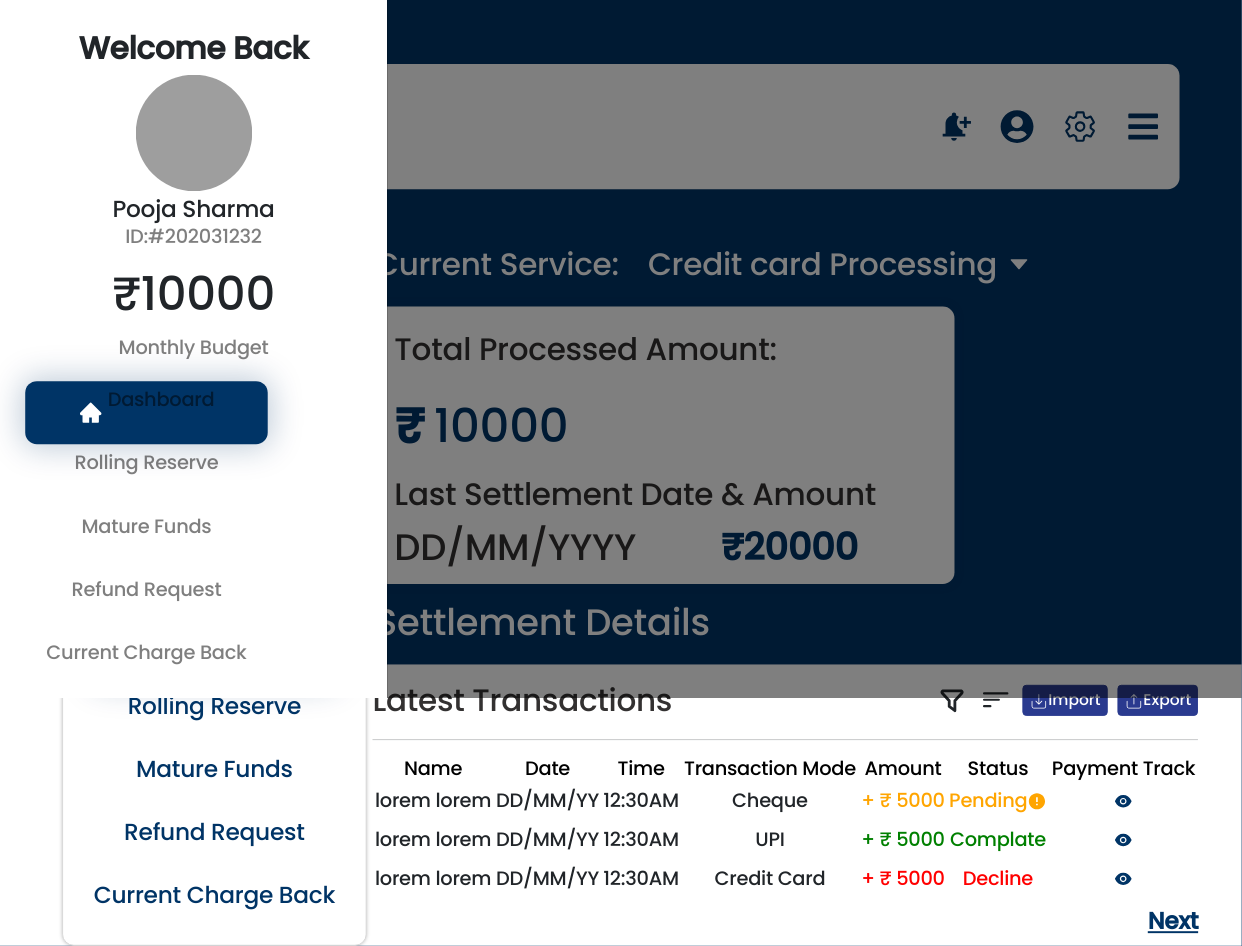
Repository: FlyweisReact/Prashant
Page: /dashboard, after clicking the first element matching `svg.bars`
An editor plug-in stored every save of this project. The page is shown before and after the next save, followed by the edit.
The browser window is 1280 px wide. The pictures show the whole page, at 97% of full size.
Pictures or frames that could not be fetched are drawn as grey boxes. Some web libraries are served in a nearby version. The project was rebuilt for these pictures with package versions that can differ from the ones it lists, and the page was loaded fresh each time. Also part of the build but not shown: src/Pages/CryptoPayment.jsx, src/Pages/CurrentCharge.jsx, src/Styles/Login.module.css, src/Components/Login/LoginFirstSection.jsx, src/Components/Login/LoginMainSection.jsx, src/Pages/Login.jsx, src/Pages/MatureFund.jsx, src/Pages/OpenBanking.jsx and 12 more.

Above is the page before, as saved 2023-03-23 18:05:14.

### public/index.html
<!DOCTYPE html>
<html lang="en">
  <head>
    <meta charset="utf-8" />
    <link rel="icon" href="%PUBLIC_URL%/favicon.ico" />
    <meta name="viewport" content="width=device-width, initial-scale=1" />
    <meta name="theme-color" content="#000000" />
    <meta
      name="description"
      content="Web site created using create-react-app"
    />
    <link rel="apple-touch-icon" href="%PUBLIC_URL%/logo192.png" />
    <link rel="manifest" href="%PUBLIC_URL%/manifest.json" />
    <title>React App</title>
  </head>
  <body>
    <noscript>You need to enable JavaScript to run this app.</noscript>
    <div id="root"></div>
  </body>
  <style>
    @import url("https://fonts.googleapis.com/css2?family=Lilita+One&family=PT+Sans&family=Poppins:wght@500&display=swap");
  </style>
  <script src="https://kit.fontawesome.com/b533b351e4.js" crossorigin="anonymous"></script>
</html>

### src/App.css
/** @format */

.App {
  text-align: center;
}

.App-logo {
  height: 40vmin;
  pointer-events: none;
}
.font-poppins {
  font-family: "Poppins";
}

@media (prefers-reduced-motion: no-preference) {
  .App-logo {
    animation: App-logo-spin infinite 20s linear;
  }
}

.App-header {
  background-color: #282c34;
  min-height: 100vh;
  display: flex;
  flex-direction: column;
  align-items: center;
  justify-content: center;
  font-size: calc(10px + 2vmin);
  color: white;
}

.App-link {
  color: #61dafb;
}

@keyframes App-logo-spin {
  from {
    transform: rotate(0deg);
  }
  to {
    transform: rotate(360deg);
  }
}


/* Normal Css */
.NotificationModal .NotificationModalFirst{
    margin-top: 5px;
    display: flex;
    align-items: center;
    justify-content: space-between;
}
 .NotificationModal .NotificationModalFirst h1{
font-family: 'Poppins';
font-style: normal;
font-weight: 500;
font-size: 24px;
line-height: 18px;
letter-spacing: -0.28px;
color: #000000;
}

.NotificationModal .close {
  position: relative;
  width: 100%;
  height: 40px;
}
.NotificationModal .fa-x{
  position: absolute;
  right: 0px;
  font-size: 22px;
  cursor: pointer;
}
.NotificationModal p{
  font-family: 'Poppins';
  font-style: normal;
  font-weight: 500;
  font-size: 20px;
  line-height: 18px;
  letter-spacing: -0.28px;
  color: #000000;
}

.NotificationModal .NotificationDiv div h1{
  font-family: 'Poppins';
font-style: normal;
font-weight: 400;
font-size: 16px;
line-height: 18px;
letter-spacing: -0.28px;
width: 70%;
}
.NotificationModal .NotificationDiv div p{
  font-family: 'Poppins';
font-style: normal;
font-weight: 300;
font-size: 10px;
line-height: 18px;
letter-spacing: -0.28px;

color: rgba(0, 0, 0, 0.5);
}
.NotificationModal .NotificationDiv div div{
  display: flex;
  justify-content: space-between;
  align-items: center;
}
.NotificationModal .NotificationDiv div div p{
  font-family: 'Poppins';
font-style: normal;
font-weight: 400;
font-size: 12px;
line-height: 18px;
letter-spacing: -0.28px;
margin: 0;
color: rgba(0, 0, 0, 0.5);
}
.NotificationModal .Time{
  font-family: 'Poppins';
  font-style: normal;
  font-weight: 400;
  font-size: 12px;
  line-height: 18px;
  letter-spacing: -0.28px;
  color:  #003466;
}

.NotificationModal .NotificationDiv{
  display: flex;
align-items: center;
gap: 20px;
}
.NotificationModal .NotificationDiv div img{
  width: 60px;
height: 60px;
border-radius: 50%;
}

.modal.fade .modal-dialog .modal-content{
  border-radius: 0px;
}

/* .bars{
  display: none;
} */




.offSideBarMain {
padding: 10px;
text-align: center;
}
.offSideBarMain  h1{
  text-align: center;
  font-family: 'Poppins';
font-style: normal;
font-weight: 700;
font-size: 32px;
margin-top: 5px;
letter-spacing: -0.28px;
}
.offSideBarMain  div{
  width: 100%;
}
.offSideBarMain  div div{
  text-align: center;
}
.offSideBarMain .upper img{
  width: 120px;
height: 120px;
  border-radius: 50%;
}
.offSideBarMain  div div h1{
  font-family: 'Poppins';
font-style: normal;
font-weight: 500;
font-size: 24px;
letter-spacing: -0.28px;
}
.offSideBarMain  div div p{
  font-family: 'Poppins';
font-style: normal;
margin-top: -10px;
font-weight: 300;
font-size: 20px;
line-height: 30px;
letter-spacing: -0.28px;
color: rgba(0, 0, 0, 0.5);
}
.offSideBarMain .TotalBudgetDiv{
  display: flex;
  align-items: center;
  gap: 20px;
  margin: 15px;
}


.offSideBarMain .LinkBox{
  /* display: flex; */
  /* flex-direction: column; */
  text-align: center;
  margin-top: 20px;
}
.offSideBarMain .LinkBox a{
  text-decoration: none;
}
.offSideBarMain .active{
  width: 250px;
  height: 65px;
  padding-left: 10px;
  padding-right: 10px;
  background: #003466;
  box-shadow: 0px 0px 32px 4px rgba(0, 52, 102, 0.25);
  border-radius: 12px;
  display: flex;
  color: white;
  justify-content: center;
  align-items: center;
  gap: 5px;

}
.offSideBarMain .ruppes{
  text-align: center;
  font-size: 48px;
  margin-bottom: 20px;
}
.offSideBarMain .unactive{
  width: 250px;
  height: 65px;
  display: flex;

  color:#003466;
  justify-content: center;
  align-items: center;
  gap: 5px;
}
.offSideBarMain .unactive,.active p{
  font-family: 'Poppins';
font-style: normal;
font-weight: 500;
font-size: 24px;
line-height: 36px;
letter-spacing: -0.28px;
}











/* Media Query */
@media (max-width: 780px) {
  .Login_MainDiv__AWrd2 {
    display: block !important;
  }
  .Login_MainDiv__AWrd2 > div {
    width: 100% !important;
    height: 700px !important;
  }
  .Login_LoginMainSection__Yyq5T > div {
    width: 100% !important;
    border-radius: 0px !important;
    box-shadow: none !important;
  }

  .Register_RegisterMainDiv__Hok-C {
    display: block !important;
    width: 100% !important;
  }

  .Register_RegisterFirstSection__0bCb6 > p {
    text-align: center;
    display: block;
    width: 500px;
  }

  .myHr {
    max-width: 400px !important;
    margin: auto !important;
    display: block !important;
  }
  .smallImage {
    width: 100% !important;
  }
  .Register_RegisterMainDiv__Hok-C > div:first-child {
    width: 100% !important;
  }
  .Register_RegisterMainDiv__Hok-C > div:last-child {
    width: 100% !important;
  }
  .Register_InputBoxMain__6Dvtf {
    margin-left: 60px;
  }

  .Register_RegisterTitle__dGsqQ {
    justify-content: center;
  }

  .RegisterTwo_RegisterMainDiv__Oc9\+U {
    display: block !important;
  }
  .RegisterTwo_RegisterMainDiv__Oc9\+U > div:first-child {
    width: 100% !important;
  }

  .RegisterTwo_RegisterMainDiv__Oc9\+U > div:last-child {
    width: 100% !important;
  }

    .bars{
      display: block;
    }
}

### src/Routes/AllRoutes.jsx
import React from "react";
import { Route, Routes } from "react-router-dom";
import { CryptoPayment } from "../Pages/CryptoPayment";
import { CurrentCharge } from "../Pages/CurrentCharge";
import { Dashboard } from "../Pages/Dashboard";
import { Login } from "../Pages/Login";
import { MatureFund } from "../Pages/MatureFund";
import { OpenBanking } from "../Pages/OpenBanking";
import { OtpPage } from "../Pages/OtpPage";
import { Profile } from "../Pages/Profile";
import { RefundRequest } from "../Pages/RefundRequest";
import { Register } from "../Pages/Register";
import { RegisterTwo } from "../Pages/RegisterTwo";
import { RollingReserve } from "../Pages/RollingReserve";

export const AllRoutes = () => {
  return (
    <Routes>
      <Route path="/" element={<Login />} />
      <Route path="/verify-otp" element={<OtpPage />} />
      <Route path="/dashboard" element={<Dashboard />} />
      <Route path="/register" element={<Register />} />
      <Route path="/detail-register" element={<RegisterTwo />} />
      <Route path="/profile" element={<Profile />} />
      <Route path="/rolling-reserve" element={<RollingReserve />} />
      <Route path="/mature-fund" element={<MatureFund />} />
      <Route path="/refund-request" element={<RefundRequest />} />
      <Route path="/current-charge" element={<CurrentCharge />} />
      <Route path="open-banking-service" element={<OpenBanking />} />
      <Route path="/crypto-payment-proccessing" element={<CryptoPayment />} />
    </Routes>
  );
};

### src/Components/SideBar.jsx
import React from "react";
import { AiFillHome } from "react-icons/ai";
import { Link, useLocation } from "react-router-dom";
import styles from "../Styles/SideBar.module.css";
export const SideBar = () => {
  const { pathname } = useLocation();
  return (
    <div className={styles.SideBarMain}>
      <h1>Welcome Back</h1>
      <div>
        <div>
          <img
            src="https://th.bing.com/th/id/OIP.2i5UaEHaQM3PYAYXQyM1AAAAAA?pid=ImgDet&rs=1"
            alt="img"
          />
          <h1>Pooja Sharma</h1>
          <p>ID:#202031232</p>
          <div className={styles.TotalBudgetDiv}>
            <h1>&#x20b9;</h1>
            <h1>10000</h1>
          </div>
          <p>Monthly Budget</p>
        </div>
      </div>
      <div className={styles.LinkBox}>
        <Link to={"/dashboard"}>
          <div
            className={
              pathname === "/dashboard" ? styles.active : styles.unactive
            }
          >
            <AiFillHome size={25} />
            <p>Dashboard</p>
          </div>
        </Link>
        <Link to={"/rolling-reserve"}>
          <div
            className={
              pathname === "/rolling-reserve" ? styles.active : styles.unactive
            }
          >
            <p>Rolling Reserve</p>
          </div>
        </Link>
        <Link to={"/mature-fund"}>
          <div
            className={
              pathname === "/mature-fund" ? styles.active : styles.unactive
            }
          >
            <p>Mature Funds</p>
          </div>
        </Link>
        <Link to={"/refund-request"}>
          <div
            className={
              pathname === "/refund-request" ? styles.active : styles.unactive
            }
          >
            <p>Refund Request</p>
          </div>
        </Link>
        <Link to={"/current-charge"}>
          <div
            className={
              pathname === "/current-charge" ? styles.active : styles.unactive
            }
          >
            <p>Current Charge Back</p>
          </div>
        </Link>
      </div>
    </div>
  );
};

### src/Components/TotalAmountSection.jsx
import React from "react";
import styles from "../Styles/TotalAmountSection.module.css";
export const TotalAmountSection = () => {
  return (
    <div className={styles.MainDiv}>
      <h1>Total Processed Amount:</h1>
      <div className={styles.TotalBudgetDiv}>
        <h1>&#x20b9;</h1>
        <h1>10000</h1>
      </div>
      <h1>Last Settlement Date & Amount</h1>
      <div className={styles.DateSection}>
        <div>
          <p>DD/MM/YYYY</p>
          <h2>&#x20b9;{20000}</h2>
        </div>
      </div>
    </div>
  );
};

### src/Components/CardProccessingModal.jsx
import React from "react";
import { MdOutlineClose } from "react-icons/md";
import { Link } from "react-router-dom";
import styles from "../Styles/CardProccessingModal.module.css";
export const CardProccessingModal = ({ OpenModal, HandleModal }) => {
  console.log(OpenModal);
  return (
    <div className={OpenModal ? styles.modalVisible : styles.modal}>
      <div className={styles.ModalMainDiv}>
        <MdOutlineClose
          onClick={() => HandleModal()}
          size={25}
          className={styles.CloseICon}
        />
        <div>
          <Link to={""}>Credit Card Processing</Link>
          <hr />
          <Link to={"/open-banking-service"}>Open Banking Service</Link>
          <hr />
          <Link to={"/crypto-payment-proccessing"}>
            Crypto payment processing
          </Link>
        </div>
      </div>
    </div>
  );
};

### src/Components/DeclineModal.jsx
import React from "react";
import { MdOutlineClose } from "react-icons/md";
import styles from "../Styles/DeclineModal.module.css";
import { IoMdCheckmarkCircle } from "react-icons/io";
import { RiErrorWarningFill } from "react-icons/ri";
import { BsCircleFill } from "react-icons/bs";
export const DeclineModal = ({ OpenModal, HandleModal }) => {
  return (
    <div className={OpenModal ? styles.modalVisible : styles.modal}>
      <div className={styles.ModalMainDiv}>
        <MdOutlineClose
          onClick={() => HandleModal()}
          size={25}
          className={styles.CloseICon}
        />
        <div>
          <h1>Payment Details</h1>
          <hr style={{ height: "4px", background: "white" }} />
          <div className={styles.paymentDetailMainDiv}>
            <div className={styles.PaymentDetails}>
              <div>
                <p>Transaction ID:</p>
                <p>545454545</p>
              </div>
              <div>
                <p>To:</p>
                <p>Loren loren Epsom ( Company Name)</p>
              </div>
              <div>
                <p>From:</p>
                <p>Loren loren Epsom (Merchant Company)</p>
              </div>
              <div>
                <p>Transaction Mode:</p>
                <p>Card</p>
              </div>
            </div>
            <div className={styles.paymentTimeline}>
              <p>Payment Timeline</p>
              <div>
                <div className={styles.VerticalLine}></div>
                <div className={styles.PaymentStatus}>
                  <IoMdCheckmarkCircle
                    size={25}
                    className={styles.Icons}
                    color="green"
                  />
                  <p>Payment Started</p>
                </div>
                <div className={styles.PaymentStatus}>
                  <RiErrorWarningFill
                    size={25}
                    className={styles.Icons}
                    color="red"
                  />
                  <p>Payment Failed To complete</p>
                </div>
                <div className={styles.PaymentStatus}>
                  <BsCircleFill
                    size={25}
                    className={styles.Icons}
                    color="white"
                  />
                  <p>Payment Successful</p>
                </div>
              </div>
              <hr />
              <div className={styles.ReasonsDiv}>
                <p>Reason:</p>
                <p> Account Coded (Credit Rating) </p>
              </div>
              <div className={styles.ReasonsDiv}>
                <p>Code:</p>
                <p> 505 </p>
              </div>
              <div className={styles.ReasonsDiv}>
                <p>Description:</p>
                <p>
                  {" "}
                  The account the customer used for the attempted transaction
                  has a negative credit rating.{" "}
                </p>
              </div>
            </div>
          </div>
        </div>
      </div>
    </div>
  );
};

### src/Styles/SideBar.module.css
.SideBarMain{
    position: absolute;
    width: 314px;
/* height: 789px; */
left: 25%px;
top: 35%;
background: #FFFFFF;
border: 1px solid #D9D9D9;
box-shadow: 0px 0px 4px rgba(0, 0, 0, 0.25);
border-radius: 12px;
padding: 10px;
}
.SideBarMain>h1{
    text-align: center;
    font-family: 'Poppins';
font-style: normal;
font-weight: 700;
font-size: 32px;
margin-top: 5px;
letter-spacing: -0.28px;
}
.SideBarMain>div{
    width: 100%;
    display: flex;
    align-items: center;
    justify-content: center;
}
.SideBarMain>div>div{
    text-align: center;
}
.SideBarMain>div>div>img{
    width: 120px;
height: 121px;
    border-radius: 50%;
}
.SideBarMain>div>div>h1{
    font-family: 'Poppins';
font-style: normal;
font-weight: 500;
font-size: 24px;
letter-spacing: -0.28px;
}
.SideBarMain>div>div>p{
    font-family: 'Poppins';
font-style: normal;
margin-top: -10px;
font-weight: 300;
font-size: 20px;
line-height: 30px;
letter-spacing: -0.28px;
color: rgba(0, 0, 0, 0.5);
}
.TotalBudgetDiv{
    display: flex;
    align-items: center;
    gap: 20px;
    margin: 15px;
}
.TotalBudgetDiv>h1:first-child{
    font-family: 'Poppins';
font-style: normal;
font-weight: 700;
font-size: 48px;
line-height: 72px;
letter-spacing: -0.28px;
}
.TotalBudgetDiv>h1{
    font-family: 'Poppins';
    font-style: normal;
    font-weight: 500;
    font-size: 48px;
    line-height: 72px;
    margin: 0;
    letter-spacing: -0.28px;
}
.LinkBox{
    display: flex;
    flex-direction: column;
    margin-top: 20px;
}
.LinkBox>a{
    text-decoration: none;
}
.active{
    width: 250px;
    height: 65px;
    padding-left: 10px;
    padding-right: 10px;
    background: #003466;
    box-shadow: 0px 0px 32px 4px rgba(0, 52, 102, 0.25);
    border-radius: 12px;
    display: flex;
    color: white;
    justify-content: center;
    align-items: center;
    gap: 5px;

}
.unactive{
    width: 250px;
    height: 65px;
    display: flex;

    color:#003466;
    justify-content: center;
    align-items: center;
    gap: 5px;
}
.unactive,.active >p{
    font-family: 'Poppins';
font-style: normal;
font-weight: 500;
font-size: 24px;
line-height: 36px;
letter-spacing: -0.28px;
}

### src/Styles/TotalAmountSection.module.css
.MainDiv{
    display:flex;
    flex-direction: column;
    margin-top: 20px;
    width: 72%;
height: 286px;
background: #FFFFFF;
box-shadow: 0px 0px 10px rgba(0, 52, 102, 0.3);
border-radius: 12px;
}
.MainDiv>h1{
    font-family: 'Poppins';
    font-style: normal;
    font-weight: 500;
    font-size: 32px;
    line-height: 48px;
    letter-spacing: -0.28px;
    color: #333131;
    margin: 20px;
}
.TotalBudgetDiv{
    display: flex;
    align-items: center;
    gap: 30px;
    margin-left: 20px;
  margin-top: -30px;
  margin-bottom: -40px;
}
.TotalBudgetDiv>h1:first-child{
    font-family: 'Poppins';
font-style: normal;
font-weight: 700;
margin: 0;
font-size: 50px;
line-height: 72px;
letter-spacing: -0.28px;
color: #003466;
}
.TotalBudgetDiv>h1{
    font-family: 'Poppins';
    font-style: normal;
    font-weight: 500;
    font-size: 48px;
    line-height: 72px;
    margin: 0;
    letter-spacing: -0.28px;
    color: #003466;
}
.DateSection>div{
    width: 80%;
    margin-top: -50px;
    /* background-color: rebeccapurple; */
    display: flex;
    justify-content: space-between;
    align-items: center;
    margin-left: 20px;
}
.DateSection>div>p{
   font-family: 'Poppins';
font-style: normal;
font-weight: 500;
font-size: 38px;
line-height: 60px;
/* identical to box height */
margin: 0;
letter-spacing: -0.28px;
color: #333131;
}
.DateSection>div>h2{
    margin: 0;
    font-family: 'Poppins';
font-style: normal;
font-weight: 600;
font-size: 38px;
line-height: 60px;
letter-spacing: -0.28px;
color: #003466;
}

### src/Styles/CardProccessingModal.module.css
.modal{
    display: none;
  position: fixed;
  z-index: 1;
  left: 0%;
  top: 0;
  width: 100%;
  height: 100%;
  overflow: auto;
  background-color: rgb(0,0,0);
  background-color: rgba(0,0,0,0.4);
}
.modalVisible{
    display :block;
    position: fixed;
    z-index: 1;
    left: 0%;
    top: 0;
    width: 100%;
    height: 100%;
    /* margin-bottom: 20px; */
    overflow: auto;
    background-color: rgb(0,0,0);
    background-color: rgba(0,0,0,0.4);
}
.CloseICon{
    position: absolute;
    right: 3%;
    top: 5%;
    cursor: pointer;
}
.MainTitle{
    display: flex;
    border: 1px solid blue;
}
.ModalMainDiv{
    position:absolute;
    margin: auto;
    /* width: 435px; */
height: 221px;
background: #FFFFFF;
border-radius: 4px;

    top: 38%;
    left: 60%;

}
.ModalMainDiv>div{
    margin: 30px;
}
.ModalMainDiv>div>a{
    text-decoration: none;
    height: 50px;
    font-family: 'Poppins';
font-style: normal;
font-weight: 500;
font-size: 32px;
line-height: 40px;
letter-spacing: -0.28px;

color: #333333;
}

Loaded but not shown: src/index.css (common file); src/reportWebVitals.js (common file); src/index.js (18 lines, source omitted); src/App.js (13 lines, source omitted); src/Components/Dashboard/UserInfoPopUp.jsx (216 lines, source omitted); src/Pages/Dashboard.jsx (184 lines, source omitted); src/Styles/Dashboard.module.css (205 lines, source omitted); src/Components/PaymentPendingModal.jsx (96 lines, source omitted); src/Styles/PaymentPendingModal.module.css (195 lines, source omitted); src/Styles/DeclineModal.module.css (195 lines, source omitted)

After the next save:
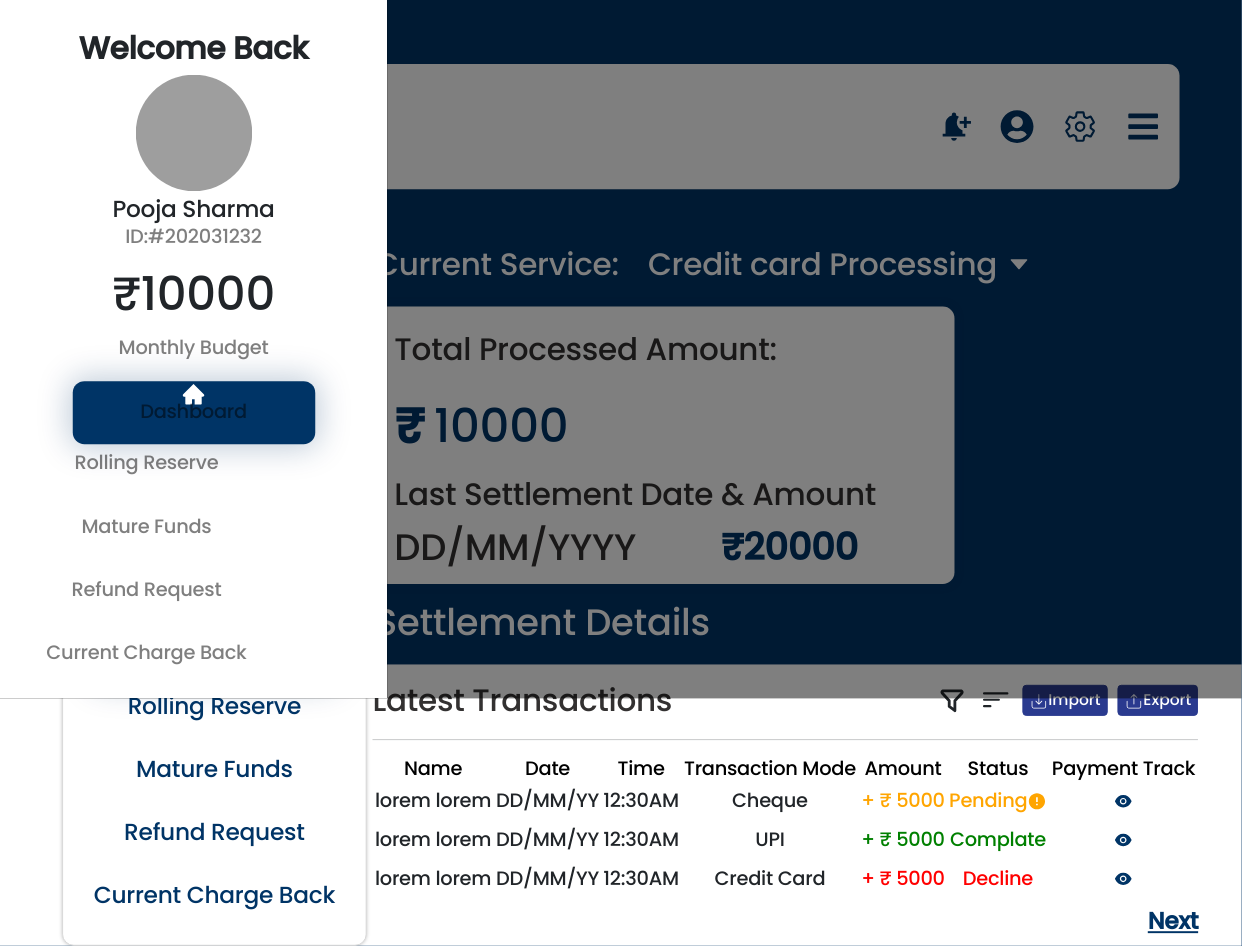
Saved 12 s later.
--- a/src/App.css
+++ b/src/App.css
@@ -218,6 +218,8 @@ color: rgba(0, 0, 0, 0.5);
   justify-content: center;
   align-items: center;
   gap: 5px;
+  display: block;
+  margin: auto;
 
 }
 .offSideBarMain .ruppes{
